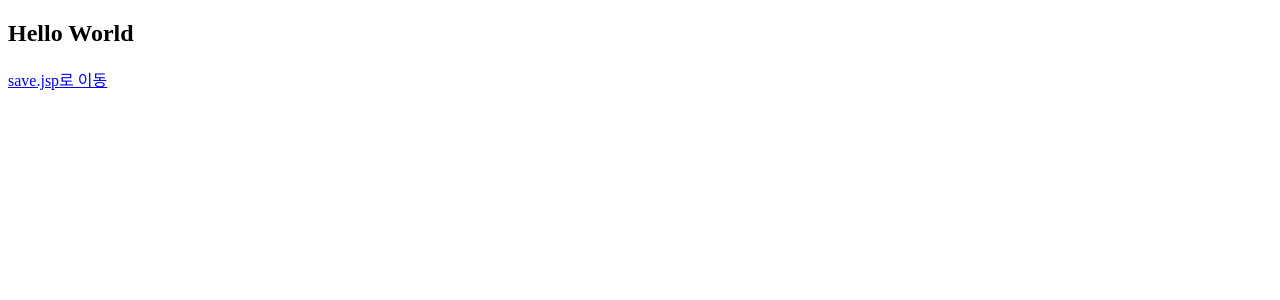
Repository: ktaekim2/exam_jsp
Page: http://localhost/ex1/Hello.jsp
An editor plug-in stored every save of this project. The page is shown before and after the next save, followed by the edit.
The browser window is 1280 px wide. The pictures show the whole page.
The page is served by Tomcat 9. Other server files are loaded and not shown.

Above is the page before, as saved 2022-08-22 01:46:44.

### ex1/src/main/webapp/Hello.jsp
<%@ page language="java" contentType="text/html; charset=UTF-8"
	pageEncoding="UTF-8"%>
<!DOCTYPE html>
<html>
<head>
<meta charset="UTF-8">
<title>Insert title here</title>
</head>
<body>
	<h2>Hello World</h2>
	<a href="save.jsp">save.jsp로 이동</a>
</body>
</html>

After the next save:
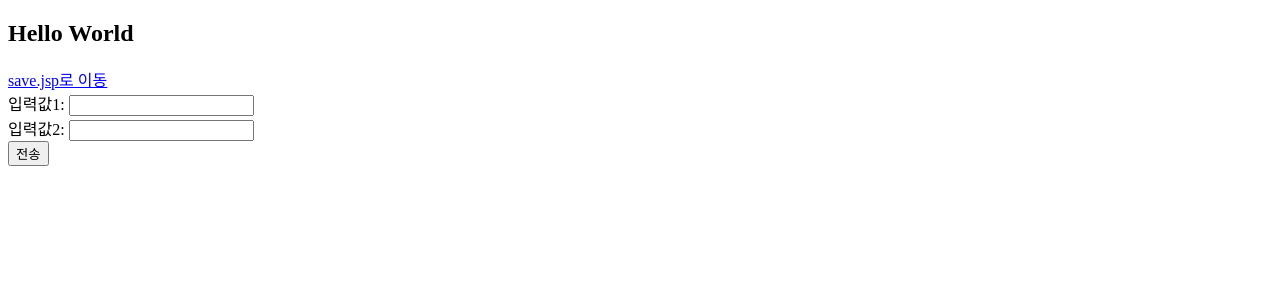
Saved 2 min 29 s later.
--- a/ex1/src/main/webapp/Hello.jsp
+++ b/ex1/src/main/webapp/Hello.jsp
@@ -9,5 +9,16 @@
 <body>
 	<h2>Hello World</h2>
 	<a href="save.jsp">save.jsp로 이동</a>
+	<form action="save.jsp">
+	입력값1: <input type="text" name="data1"><br>
+	입력값2: <input type="text" name="data2"><br>
+	<input type="submit" value="전송">
+	</form>
+
+
+
+
+
+
 </body>
 </html>
